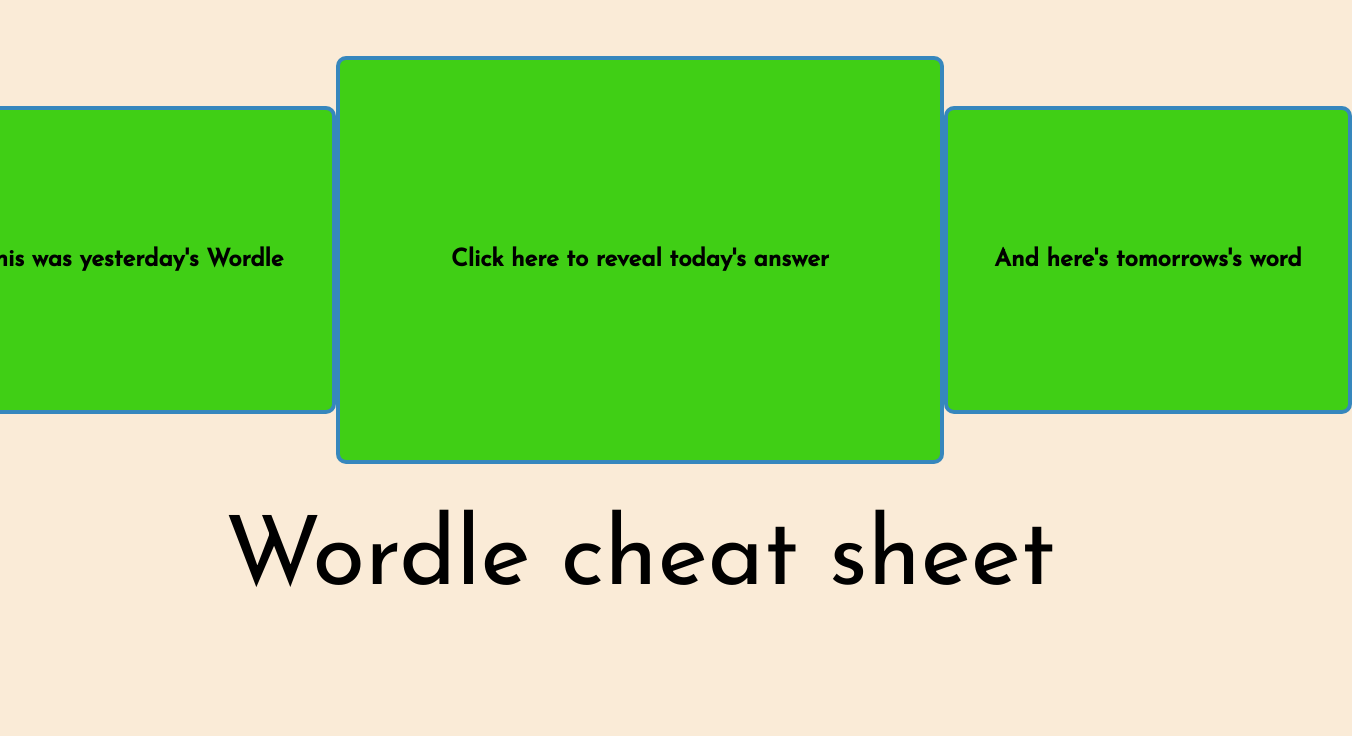
Repository: enoripl/tomorrows-wordle
Page: index.html
An editor plug-in stored every save of this project. The page is shown before and after the next save, followed by the edit.
The browser window is 1280 px wide. The page is 1352 px wide, so the pictures cover 1352 px, including what lies to the right of the window. The pictures show the whole page.

Above is the page before, as saved 2022-02-09 16:59:56.

After the next save:
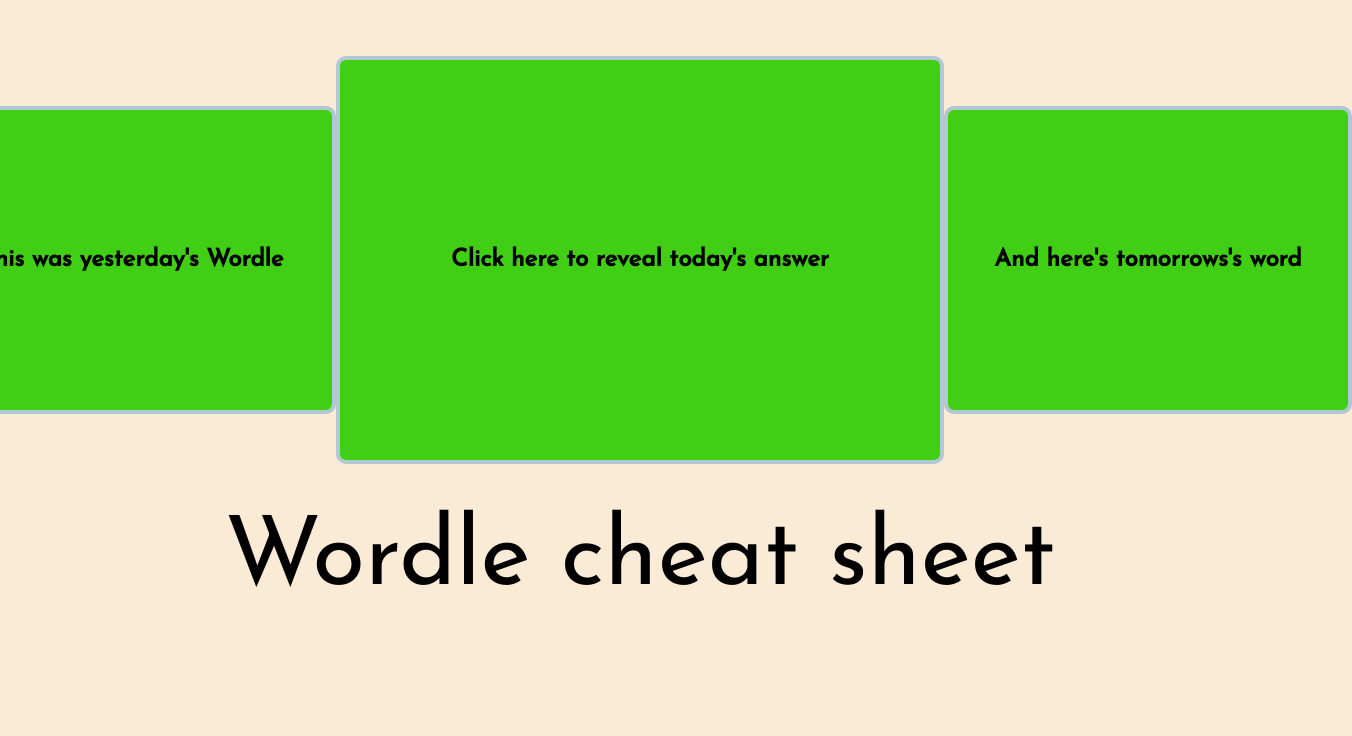
Saved 6 s later.
--- a/styles.css
+++ b/styles.css
@@ -28,7 +28,7 @@
     font-size: 1.5rem;
     font-weight: 600;
     border-radius: 10px;
-    border: 4px solid rgb(54, 135, 189);
+    border: 4px solid rgb(178, 199, 212);
 }
 
 
